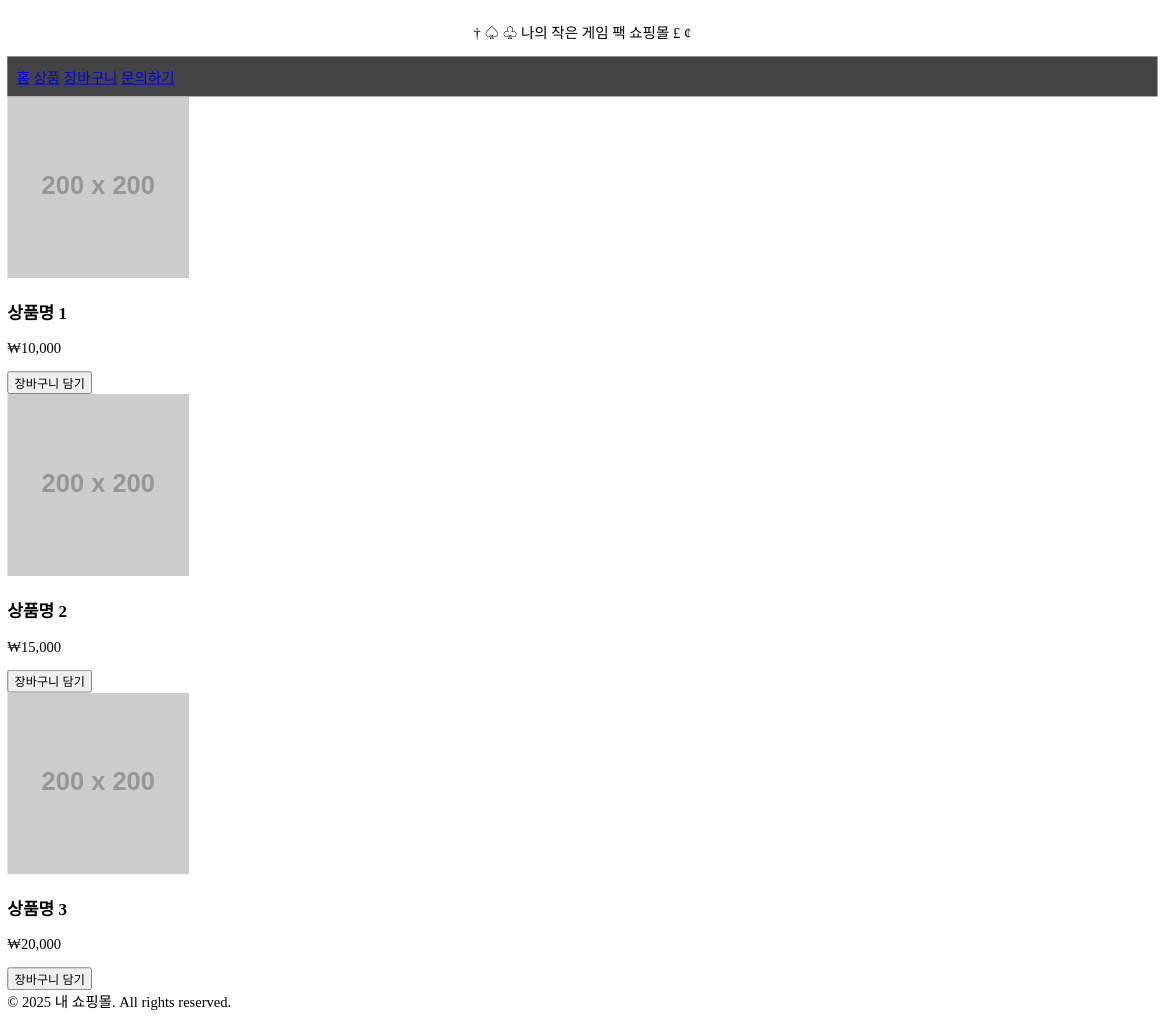
Repository: SeungYeon04/A_AssetsJSP
Page: http://localhost/JSP_Start01/
An editor plug-in stored every save of this project. The page is shown before and after the next save, followed by the edit.
The browser window is 1280 px wide. The pictures show the whole page, at 91% of full size.
Some web fonts or font styles are not loaded; a fallback is used. The page is served by Tomcat 9.

Above is the page before, as saved 2025-03-11 05:24:11.

### JSP_Start01/src/main/webapp/index.jsp
<%@ page language="java" contentType="text/html; charset=UTF-8"
    pageEncoding="UTF-8"%>
<!DOCTYPE html>
<html>
<head>
<meta charset="UTF-8">
<title>Insert title here</title>
</head>
<body>
	<header>† ♤ ♧  나의 작은 게임 팩 쇼핑몰 £ ¢</header>

    <nav>
        <a href="#">홈</a>
        <a href="#">상품</a>
        <a href="#">장바구니</a>
        <a href="#">문의하기</a>
    </nav>

    <div class="container">
        <div class="product">
            <img src="https://via.placeholder.com/200" alt="상품1">
            <h3>상품명 1</h3>
            <p>₩10,000</p>
            <button>장바구니 담기</button>
        </div>

        <div class="product">
            <img src="https://via.placeholder.com/200" alt="상품2">
            <h3>상품명 2</h3>
            <p>₩15,000</p>
            <button>장바구니 담기</button>
        </div>

        <div class="product">
            <img src="https://via.placeholder.com/200" alt="상품3">
            <h3>상품명 3</h3>
            <p>₩20,000</p>
            <button>장바구니 담기</button>
        </div>
    </div>

    <footer>© 2025 내 쇼핑몰. All rights reserved.</footer>
    <style>

    	body {
    		font-family: 'Ownglyph_ParkDaHyun';
    	}

    	header {
    		text-align: center;
    		padding: 15px 0;
    	}



	    @font-face {
		    font-family: 'Ownglyph_ParkDaHyun';
		    src: url('https://fastly.jsdelivr.net/gh/projectnoonnu/2411-3@1.0/Ownglyph_ParkDaHyun.woff2') format('woff2');
		    font-weight: normal;
		    font-style: normal;
		}

		nav {
			background: #444;
			padding: 10px;
			text-align: ceter;

		}


    </style>
</body>
</html>

After the next save:
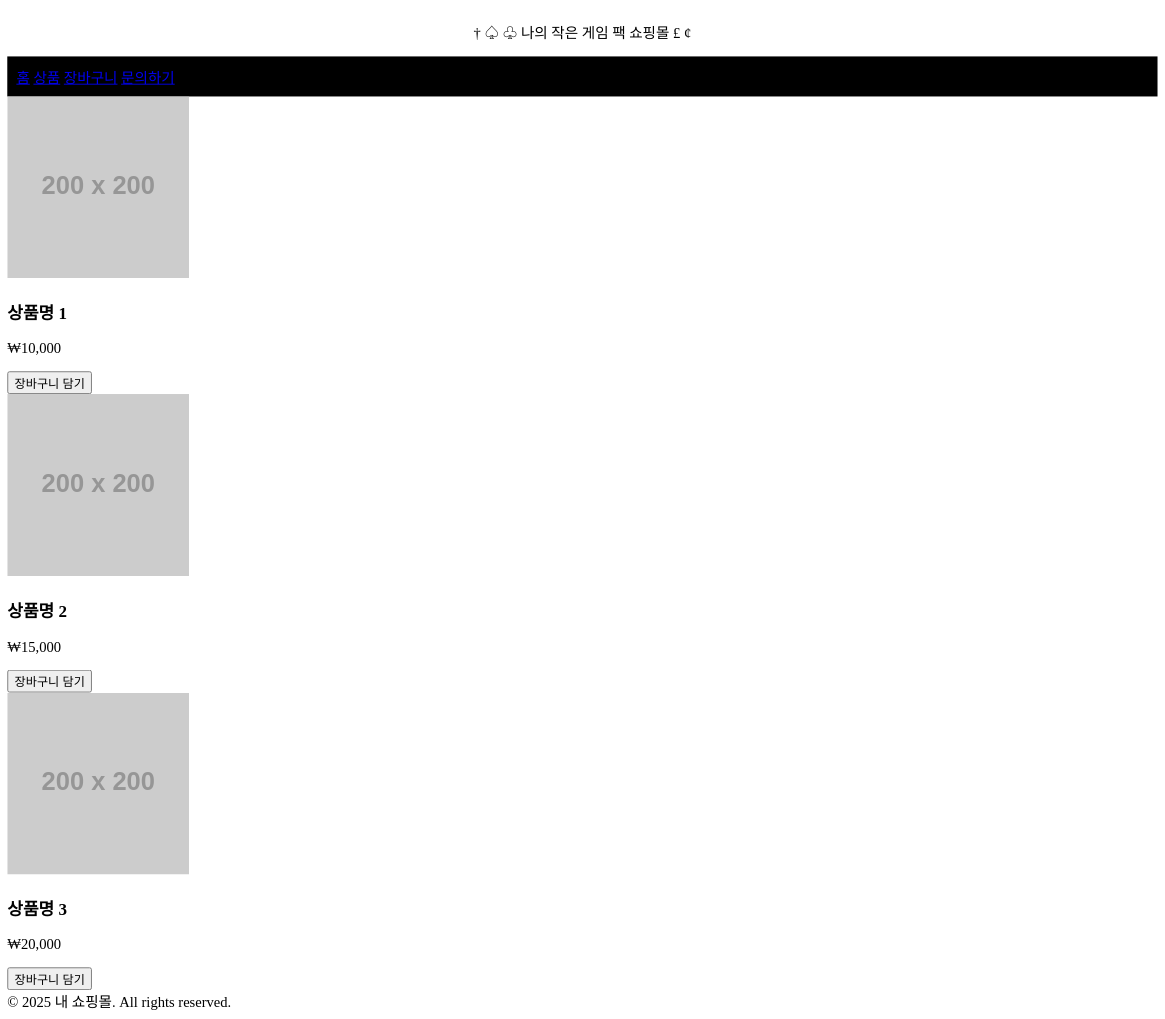
Saved 10 s later.
--- a/JSP_Start01/src/main/webapp/index.jsp
+++ b/JSP_Start01/src/main/webapp/index.jsp
@@ -61,7 +61,7 @@
 		}
 
 		nav {
-			background: #444;
+			background: #000;
 			padding: 10px;
 			text-align: ceter;
 
